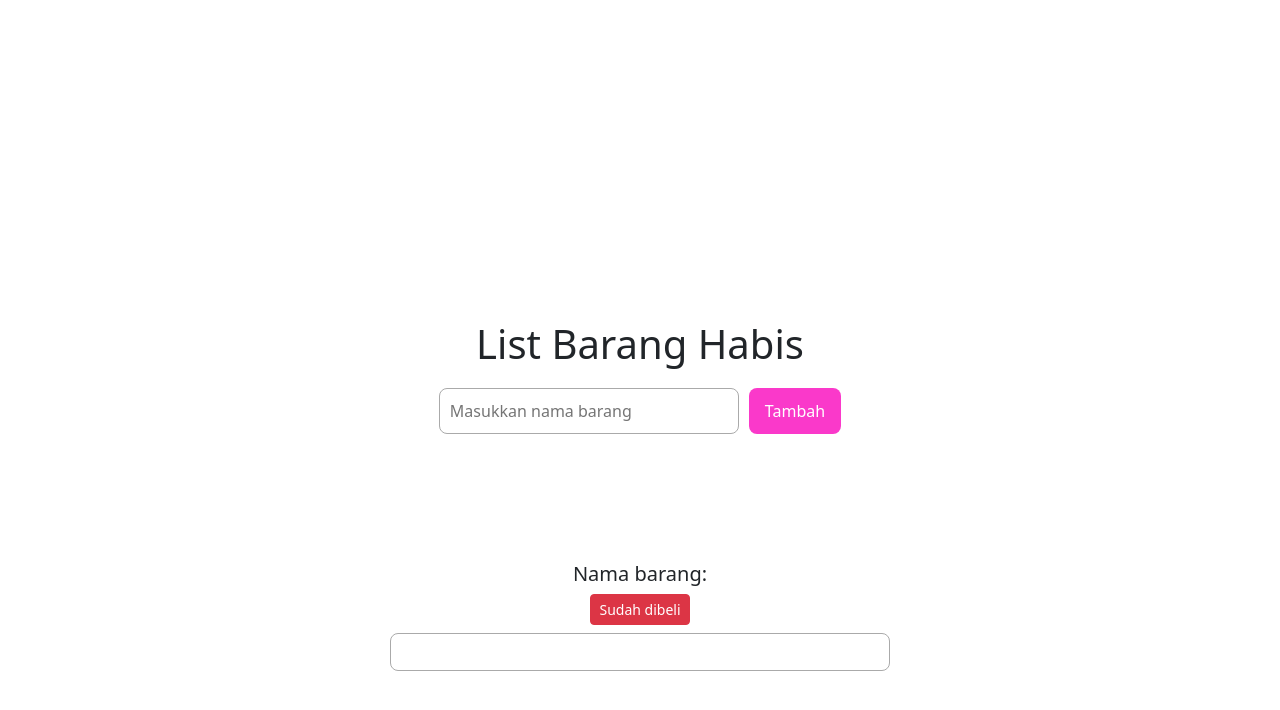
Repository: amorysdeo/dirumah
Page: index.html
An editor plug-in stored every save of this project. The page is shown before and after the next save, followed by the edit.
The browser window is 1280 px wide. The pictures show the whole page.

Above is the page before, as saved 2025-11-27 12:11:11.

After the next save:
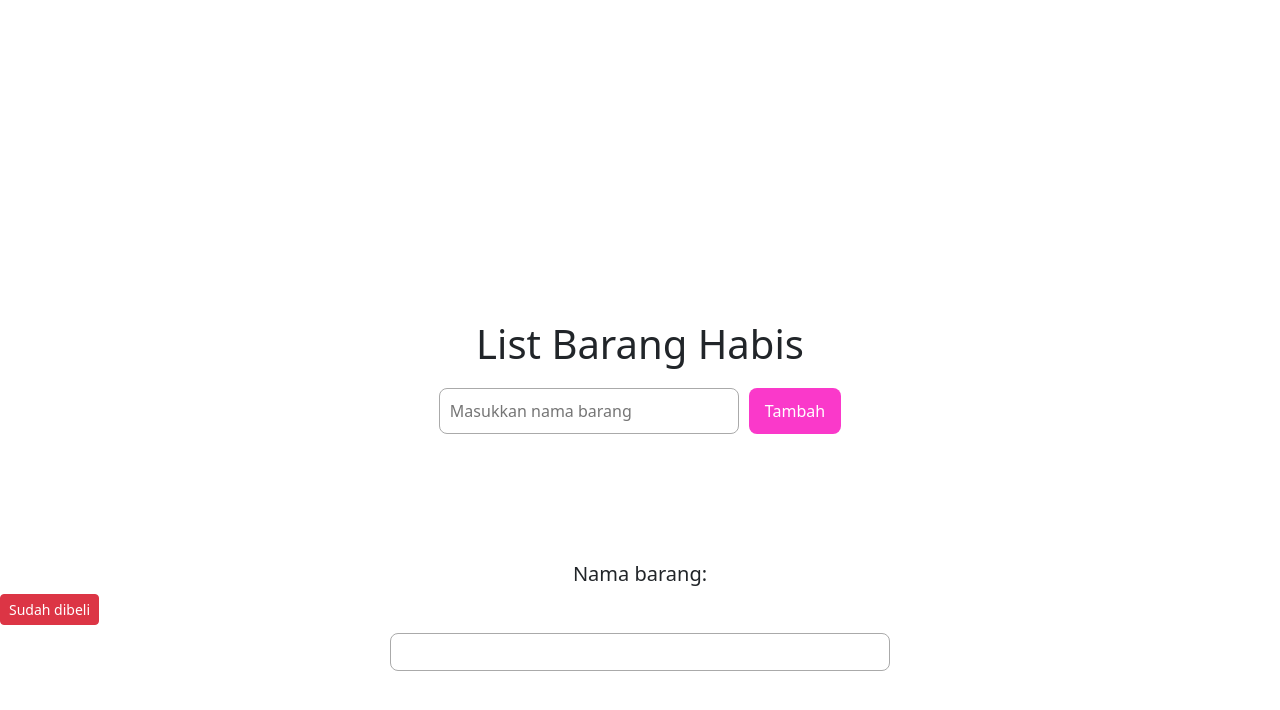
Saved 20 s later.
--- a/index.html
+++ b/index.html
@@ -22,7 +22,7 @@
     <h5 class="text-center">Nama barang:</h5>
 
     <!-- Tombol di luar list-box -->
-    <div class="text-center mb-2">
+    <div class="text-right mb-2">
         <button id="clear-all" class="btn btn-danger btn-sm">Sudah dibeli</button>
     </div>
 
